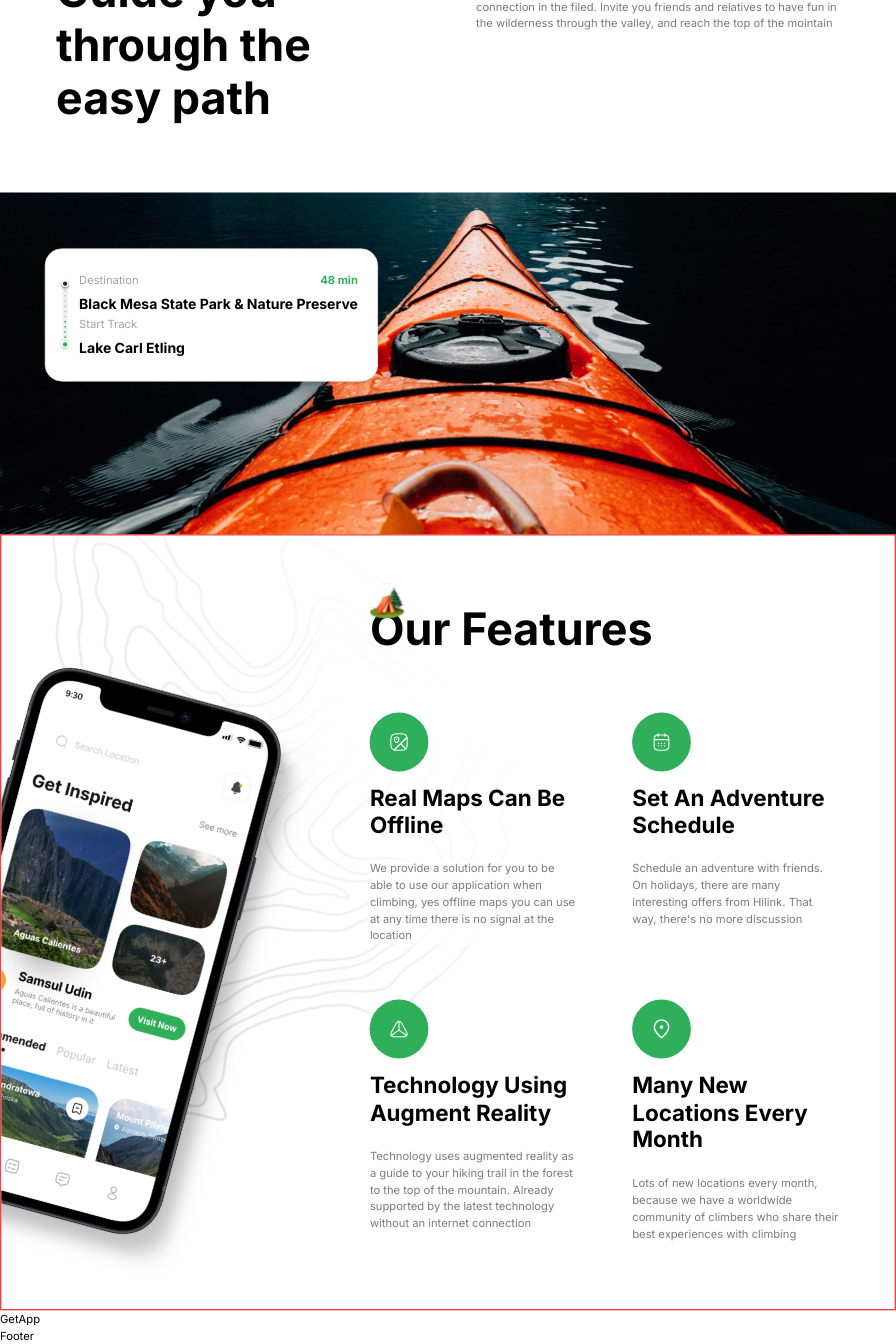
Repository: MikeeBuilds/camp
Page: /
An editor plug-in stored every save of this project. The page is shown before and after the next save, followed by the edit.
The browser window is 1280 px wide. The pictures show the part of the page from y = 1900 to 3820 px (the page is 3820 px tall before and 3816 px after), at 70% of full size.
The project was rebuilt for these pictures with package versions that can differ from the ones it lists, and the page was loaded fresh each time. The framework's server and built-in components were replaced by stand-ins that run in the browser. Also part of the build but not shown: next.config.js.

Above is the page before, as saved 2023-11-25 16:22:32.

### app/layout.tsx
import type { Metadata } from 'next'

import './globals.css'
import Navbar from '@/components/Navbar'
import Footer from '@/components/Footer'


export const metadata: Metadata = {
  title: 'Travel',
  description: 'Travel UI/UX App for camping',
}

export default function RootLayout({
  children,
}: {
  children: React.ReactNode
}) {
  return (
    <html lang="en">
      <head>
        <link rel="icon" href="img/favicon.ico" sizes='any'/>
      </head>
      <body className="">
        <Navbar/>
        <main className='relative overflow-hidden'>
        {children}
        </main>
        <Footer/>
      </body>
    </html>
  )
}

### app/page.tsx
import Camp from "@/components/Camp";
import Features from "@/components/Features";
import GetApp from "@/components/GetApp";
import Guide from "@/components/Guide";
import Hero from "@/components/Hero";

export default function Home() {
  return (
    <>
      <Hero/>
      <Camp/>
      <Guide/>
      <Features/>
      <GetApp/>
    </>
  )
}

### components/Navbar.tsx
import { NAV_LINKS } from '@/constants'
import Image from 'next/image'
import Link from 'next/link'
import Button from './Button'

const Navbar = () => {
    return (
        <nav className="flexBetween max-container padding-container relative z-30 py-5">
            <Link href="/">
                <Image src="/hilink-logo.svg" alt="logo" width={74} height={29} />
            </Link>

            <ul className="hidden h-full gap-12 lg:flex">
                {NAV_LINKS.map((link) => (
                    <Link href={link.href} key={link.key} className="regular-16 text-gray-50 flexCenter cursor-pointer pb-1.5 transition-all hover:font-bold">
                        {link.label}
                    </Link>
                ))}
            </ul>

            <div className='lg:flexCenter hidden'>
                <Button
                    type="button"
                    title="Login"
                    icon="/user.svg"
                    variant="btn_dark_green"
                />
            </div>

            <Image
                src="menu.svg"
                alt='menu'
                width={32}
                height={32}
                className='inline-block cursor-pointer lg:hidden'
            />
        </nav>
    )
}

export default Navbar

### components/Camp.tsx
import { PEOPLE_URL } from "@/constants";
import Image from "next/image";

interface CampProps {
  backgroundImage: string;
  title: string;
  subtitle: string;
  peopleJoined: string
}

const CampSite = ({ backgroundImage, title, subtitle, peopleJoined }: CampProps) => {
  return (
    <div className={`h-full w-full min-w-[1100px] ${backgroundImage} bg-cover bg-no-repeat lg:rounded-r-5xl 2xl:rounded-5xl`}>
      <div className="flex h-full flex-col items-start justify-between p-6 lg:px-20 lg:py-10">
        <div className="flex-center gap-4">
          <div className="rounded-full bg-green-50 p-4">
            <Image
              src="/folded-map.svg"
              alt="map"
              width={28}
              height={28}
            />
          </div>
          <div className="flex flex-col gap-1">
            <h4 className="bold-18 text-white">
              {title}
            </h4>
            <p className="regular-14 text-white">
              {subtitle}
            </p>
          </div>
        </div>
        <div className="flex-center gap-6">
          <span className="flex -space-x-4 overflow-hidden">
            {PEOPLE_URL.map((url) => (
              <Image
                src={url}
                key={url}
                alt="person"
                width={52}
                height={52}
                className="inline-block h-10 w-10 rounded-full"
              />
            ))}
          </span>
          <p className="bold-16 md:bold-20 text-white">{peopleJoined}</p>
        </div>
      </div>
    </div>
  )
};

const Camp = () => {
  return (
    <section className=' 2xl:max-container
    relative flex flex-col py-10 lg:mb-20 xl:mb-20'>
      <div className='hide-scrollbar flex h-[340px] w-full items-start
      justify-start gap-8 overflow-x-auto lg:h-[400px] xl:h-[640px]'>
        <CampSite
          backgroundImage="bg-bg-img-1"
          title="Ouachita National Forest"
          subtitle="Hodgen, OK"
          peopleJoined="50+ joined"
        />
        <CampSite
          backgroundImage="bg-bg-img-2"
          title="Robbers Cave State Park"
          subtitle="Wilburton, OK"
          peopleJoined="50+ joined"
        />
      </div>

      <div className="flexEnd mt-10 px-6 lg:-mt-60 lg:mr-6">
        <div className="bg-green-50 p-8 lg:max-w-[500px] xl:max-w-[734px] xl:rounded-5xl xl:px-16 xl:py-20 relative w-full overflow-hidden rounded-3xl">
          <h2 className="regular-24 md:regular-32 2xl:regular-64 capitalize text-white">
            <strong>Feeling Lost </strong>
            And Not Knowing The Way?
          </h2>
          <p className="regular-14 xl:regular-16 mt-5 text-white">
            Starting from the anxiety of the hikers when visiting a new hiking location,
            the possibility of getting lost is very strong. That's why we are here for those of you
            who want to start a new adventure
          </p>
          <Image
            src="/quote.svg"
            alt="camp-2"
            width={186}
            height={219}
            className="camp-quote"
          />
        </div>
      </div>
    </section>
  )
}

export default Camp

### components/Features.tsx
import { FEATURES } from '@/constants'
import Image from 'next/image'
import React from 'react'

const Features = () => {
  return (
    <section className='border-2 border-red-500
    flex-col flexCenter overflow-hidden bg-feature-bg bg-no-repeat py-24'>
      <div className='max-container padding-container relative w-full flex justify-end'>
        <div className='flex flex-1 lg:min-h-[900px]'>
          <Image
            src="/phone.png"
            alt='phone'
            width={440}
            height={1000}
            className='feature-phone'
          />
        </div>

        <div className='z-20 flex w-full flex-col lg:w-[60%]'>
          <div className='relative'>
            <Image
              src="/camp.svg"
              alt='camp'
              width={50}
              height={50}
              className='absolute l-[-5px] top-[-28px] w-10 lg:w-[50px]'
            />
            <h2 className='bold-40 lg:bold-64'>Our Features</h2>
          </div>
          <ul className='mt-10 grid gap-10 md:grid-cols-2 lg:mt-20 lg:gap-20'>
            {FEATURES.map((features) => (
              <FeatureItem
              title={features.title}
              key={features.title}
              icon={features.icon}
              description={features.description}
            />
            ))}
          </ul>
        </div>
      </div>
    </section>
  )
}

type FeatureItem = {
  title: string;
  icon: string;
  description: string;
}

const FeatureItem = ({ title, icon, description }:
  FeatureItem) => {
  return (
    <li className='flex w-full flex-1 flex-col items-start'>
      <div className='rounded-full p-4 lg:p-7 bg-green-50'>
      <Image
        src={icon}
        alt='map'
        width={28}
        height={28}
      />
      </div>
      <h2 className='bold-20 lg:bold-32 mt-5 capitalize'>
        {title}
      </h2>
      <p className='regular-16 mt-5 bg-white/80 text-gray-30 lg:mt-[30px] lg:bg-none'>
        {description}
      </p>
    </li>
  )
}

export default Features

### components/Guide.tsx
import Image from 'next/image'
import React from 'react'

const Guide = () => {
  return (
    <section className='flexCenter flex-col'>
      <div className='padding-container max-container
      w-full pb-24'>
        <Image
          src="/camp.svg"
          alt='camp'
          width={50}
          height={50}
        />
        <p className='uppercase regular-18 -mt-1 mb-3 text-green-50'>
          We are here for you
        </p>
        <div className='flex flex-wrap justify-between gap-5 lg:gap-10'>
          <h2 className='bold-40 lg:bold-64 xl:max-w-[390px]'>Guide you through the easy path</h2>
          <p className='regualr-16 text-gray-30 xl:max-w-[520px]'>
            Only with the Hilink App. you will no longer get lost again. because we
            already support offline maps when there is no internet connection in the filed.
            Invite you friends and relatives to have fun in the wilderness through the valley,
            and reach the top of the mointain
          </p>
        </div>
      </div>

      <div className='flexCenter max-container relative w-full'>
          <Image
            src="/boat.png"
            alt='boat'
            width={1440}
            height={580}
            className='w-full object-cover object-center 2xl:rounded-5xl'
          />

          <div className='absolute flex bg-white py-8 pl-5 pr-7 gap-3 rounded-3xl border shadow-md md:left-[5%] lg:top-20'>
            <Image
              src="/meter.svg"
              alt='meter'
              width={16}
              height={158}
              h-full w-auto
            />
            <div className='flexbetween flex-col'>
              <div className='flex w-full flex-col'>
                <div className='flexBetween w-full'>
                  <p className='regaular-16 text-gray-20'>Destination</p>
                  <p className='bold-16 text-green-50'>48 min</p>
                </div>
                  <p className='bold-20 mt-2'>Black Mesa State Park & Nature Preserve</p>
              </div>

              <div className='flex w-full flex-col'>
                  <p className='regaular-16 text-gray-20'>Start Track</p>
                  <h4 className='bold-20 mt-2 whitespace-nowrap'>Lake Carl Etling</h4>
              </div>
            </div>
          </div>
      </div>
    </section>
    )
}

export default Guide

### components/Hero.tsx
import Image from 'next/image';
import React from 'react';
import Button from "./Button";

const Hero = () => {
  return (
    <section className=' max-container padding-container flex flex-col gap-20 py-10 pb-32 md:gap-28 lg:py-20 xl:flex-row'>
      <div className='hero-map' />

      {/* LEFT SIDE */}

      <div className='relative z-20 flex flex-1 flex-col xl:w-1/2'>
        <Image
          src="/camp.svg"
          alt='camp'
          height={50}
          width={50}
          className='absolute left-[-5px] top-[-30px] w-10 lg:w-[50px]'
        />

        <h1 className='bold-52 lg:bold-88'>
          Oklahoma Camp Areas
        </h1>
        <p className='regular-16 mt-6 text-gray-30 xl:max-w-[520px]'>
          Embark on every Oklahoma adventure with us, discovering the untamed beauty of nature.
          Experience the wonders of our state's diverse landscapes—all in one app.
        </p>
        <div className='my-11 flex flex-wrap gap-5'>
            <div className='flex items-center gap-2'>
              {Array(5).fill(1).map((_, index) => (
                <Image
                  src="/star.svg"
                  key={index}
                  alt='star'
                  height={24}
                  width={24}
                />
              ))}
            </div>

            <p className='bold-16 lg:bold-20 text-blue-70'>
              68k
              <span className='regular-16 lg:regular-20 ml-1'>Awesome Reviews</span>
            </p>
        </div>

        <div className='flex flex-col w-full gap-3 sm:flex-row'>
          <Button
            type='button'
            title='Download App'
            variant='btn_green'
          />
          <Button
          type='button'
          title='How We Work'
          icon='/play.svg'
          variant='btn_white_text'
        />
        </div>
      </div>

      <div className='relative flex flex-1 items-start'>
          <div className='relative z-20 flex w-[268px] flex-col gap-8 rounded-3xl bg-green-90 px-7 py-8'>


            <div className='flex flex-col'>
              <div className='flexBetween'>
                <p className='regu;ar-16 text-gray-20'>
                  Location
                </p>
                <Image
                  src="/close.svg"
                  alt='logo'
                  width={24}
                  height={24}
                />
              </div>
              <p className='bold-20 text-white'>Chickasaw National Recreation Area</p>
                </div>

              <div className='flexBetween'>
                <div className='flex flex-col'>
                  <p className='regular-16 block text-gray-20'>Distance</p>
                  <p className='bold-20 text-white'>24mi</p>
                </div>
                <div className='flex flex-col'>
                  <p className='regular-16 block text-gray-20'>Elevation</p>
                  <p className='bold-20 text-white'>2.040 km</p>
                </div>
              </div>
            </div>
          </div>
    </section>
  )
}

export default Hero

### components/Button.tsx
import Image from "next/image";

type ButtonProps = {
    type: 'button' | "submit";
    title: string;
    icon?: string;
    variant: 'btn_dark_green'
}


const button = ({ type, title, icon, variant}: ButtonProps) => {
  return (
    <button
        className={`flexCenter gap-3 rounded-full border ${variant}`}
        type={type}
    >
        {icon && <Image src={icon} alt={title} width={24} height={24}/>}
        <label className="bold-16 whitespace-nowrap">{title}</label>
    </button>
  )
}

export default button

Loaded but not shown: app/globals.css (common file); components/Footer.tsx (common file); components/GetApp.tsx (common file); constants/index.ts (common file); tailwind.config.ts (common file)

After the next save:
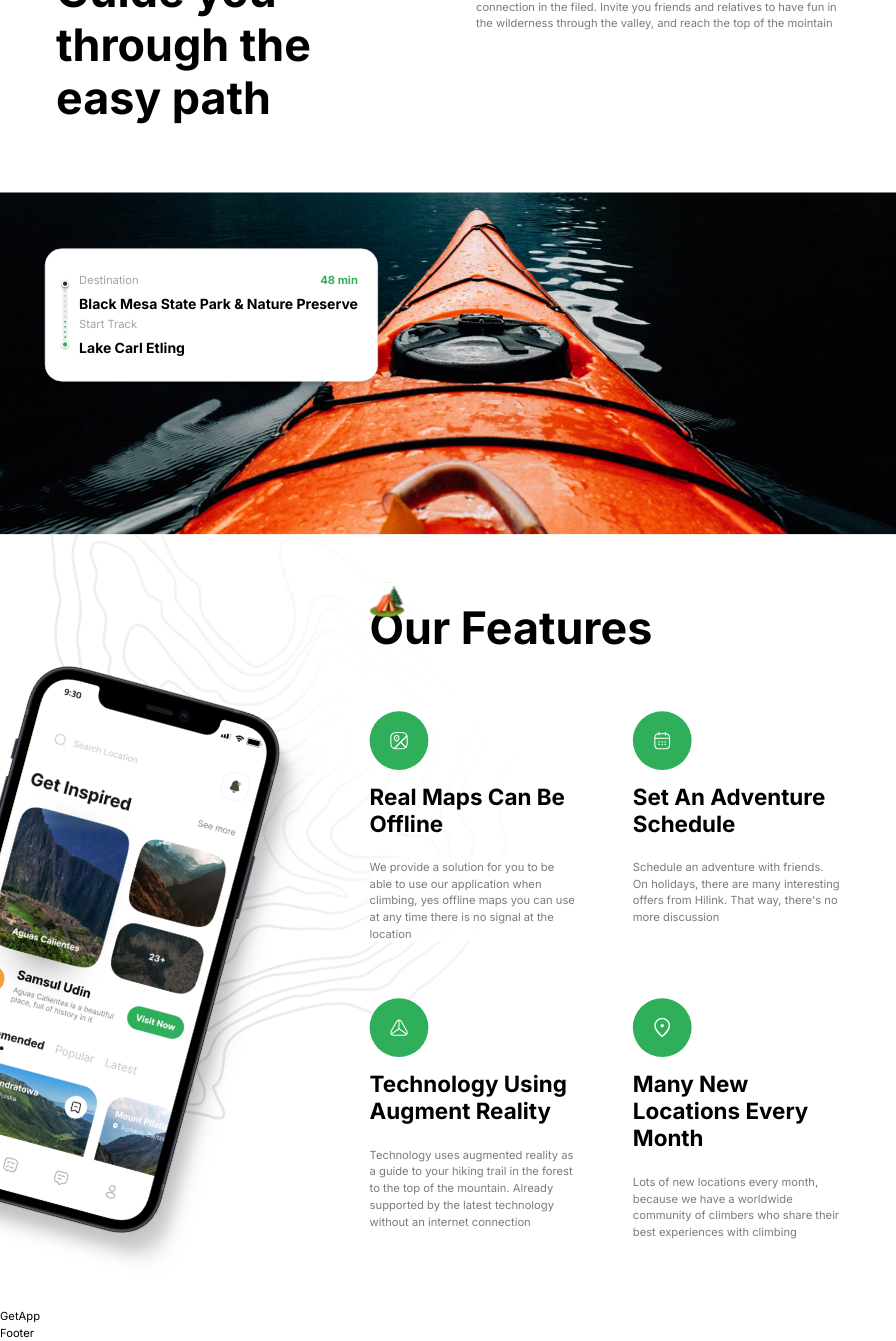
Saved 38 s later.
--- a/components/Features.tsx
+++ b/components/Features.tsx
@@ -4,7 +4,7 @@
 
 const Features = () => {
   return (
-    <section className='border-2 border-red-500
+    <section className='
     flex-col flexCenter overflow-hidden bg-feature-bg bg-no-repeat py-24'>
       <div className='max-container padding-container relative w-full flex justify-end'>
         <div className='flex flex-1 lg:min-h-[900px]'>
